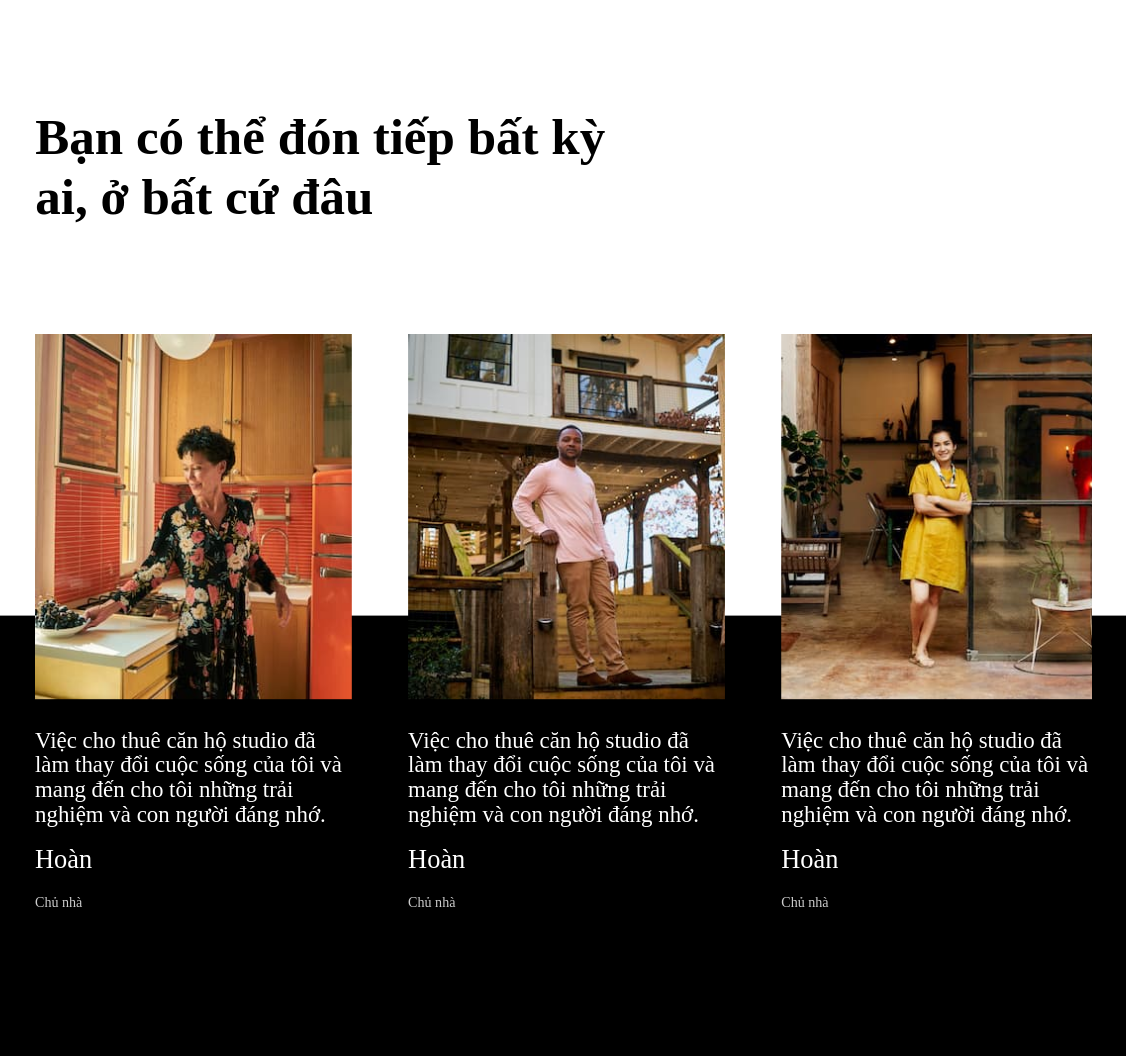
Repository: HoanTiny/AirbnbClone
Page: page3.html
These files come from the project's save history. The page is drawn as it stood at one moment and after the next save; the edit follows.
The browser window is 1280 px wide. The pictures show the part of the page from y = 720 to 1920 px (the page is 1920 px tall), at 88% of full size.

Above is the page before, as saved 2021-09-13 12:01:28.

### page3.html
<!DOCTYPE html>
<html lang="en">
    <head>
        <meta charset="UTF-8" />
        <meta http-equiv="X-UA-Compatible" content="IE=edge" />
        <meta name="viewport" content="width=device-width, initial-scale=1.0" />
        <link rel="stylesheet" href="./acess/css/mainpage3.css" />
        <link rel="stylesheet" href="./acess/css/gird.css" />
        <link rel="stylesheet" href="./acess/css/base.css" />
        <link rel="stylesheet" href="./acess/css/reponsive.css" />
        <link
            rel="stylesheet"
            href="./acess/font/fontawesome-free-5.15.3-web/css/all.min.css"
        />
        <title>Cho thuê nhà</title>
    </head>
    <body>
        <div class="app-p3">
            <div class="banner">
                <div class="banner__left">
                    <div class="banner__left-img">
                        <svg
                            width="30"
                            height="32"
                            fill="currentcolor"
                            color="#fff"
                            style="display: block"
                        >
                            <path
                                d="M29.24 22.68c-.16-.39-.31-.8-.47-1.15l-.74-1.67-.03-.03c-2.2-4.8-4.55-9.68-7.04-14.48l-.1-.2c-.25-.47-.5-.99-.76-1.47-.32-.57-.63-1.18-1.14-1.76a5.3 5.3 0 00-8.2 0c-.47.58-.82 1.19-1.14 1.76-.25.52-.5 1.03-.76 1.5l-.1.2c-2.45 4.8-4.84 9.68-7.04 14.48l-.06.06c-.22.52-.48 1.06-.73 1.64-.16.35-.32.73-.48 1.15a6.8 6.8 0 007.2 9.23 8.38 8.38 0 003.18-1.1c1.3-.73 2.55-1.79 3.95-3.32 1.4 1.53 2.68 2.59 3.95 3.33A8.38 8.38 0 0022.75 32a6.79 6.79 0 006.75-5.83 5.94 5.94 0 00-.26-3.5zm-14.36 1.66c-1.72-2.2-2.84-4.22-3.22-5.95a5.2 5.2 0 01-.1-1.96c.07-.51.26-.96.52-1.34.6-.87 1.65-1.41 2.8-1.41a3.3 3.3 0 012.8 1.4c.26.4.45.84.51 1.35.1.58.06 1.25-.1 1.96-.38 1.7-1.5 3.74-3.21 5.95zm12.74 1.48a4.76 4.76 0 01-2.9 3.75c-.76.32-1.6.41-2.42.32-.8-.1-1.6-.36-2.42-.84a15.64 15.64 0 01-3.63-3.1c2.1-2.6 3.37-4.97 3.85-7.08.23-1 .26-1.9.16-2.73a5.53 5.53 0 00-.86-2.2 5.36 5.36 0 00-4.49-2.28c-1.85 0-3.5.86-4.5 2.27a5.18 5.18 0 00-.85 2.21c-.13.84-.1 1.77.16 2.73.48 2.11 1.78 4.51 3.85 7.1a14.33 14.33 0 01-3.63 3.12c-.83.48-1.62.73-2.42.83a4.76 4.76 0 01-5.32-4.07c-.1-.8-.03-1.6.29-2.5.1-.32.25-.64.41-1.02.22-.52.48-1.06.73-1.6l.04-.07c2.16-4.77 4.52-9.64 6.97-14.41l.1-.2c.25-.48.5-.99.76-1.47.26-.51.54-1 .9-1.4a3.32 3.32 0 015.09 0c.35.4.64.89.9 1.4.25.48.5 1 .76 1.47l.1.2c2.44 4.77 4.8 9.64 7 14.41l.03.03c.26.52.48 1.1.73 1.6.16.39.32.7.42 1.03.19.9.29 1.7.19 2.5z"
                            ></path>
                        </svg>
                    </div>
                    <div class="banner__left-conttent">
                        <h1 class="banner__left-heading">
                            Đón tiếp khách làm nên linh hồn của Airbnb
                        </h1>
                        <button class="banner__left-btn">
                            Thử đón tiếp khách
                        </button>
                    </div>
                    <i class="fas fa-chevron-down banner__left-icon"></i>
                </div>
                <div class="banner-right">
                    <video
                        id="video"
                        src="./acess/img/Cho thuê nhà trên Airbnb.webm"
                        class="banner__right-video"
                        autoplay
                        crossorigin="anonymous"
                        playsinline
                        preload="auto"
                        aria-label="Chelsea, Chủ nhà ở Philadelphia, mỉm cười khi mở cửa. Soraya, Chủ nhà ở Mumbai, mỉm cười khi mở cửa trước cùng một người khác ở bên cạnh. Mohamed, Chủ nhà ở Johannesburg, mỉm cười khi mở cửa. Maria, Chủ nhà ở Mexico City, gật đầu mỉm cười khi mang cây đi."
                    ></video>
                </div>
            </div>
            <div class="content">
                <div class="grid wide">
                    <div class="content__heading">
                        <div class="grid wide">
                            <h2 class="content__heading-top">
                                Bạn có thể đón tiếp bất kỳ ai, ở bất cứ đâu
                            </h2>
                        </div>
                        <div class="grid wide">
                            <div class="content__home">
                                <div class="home__img">
                                    <div class="home__img-home__product">
                                        <img src="./acess/img/home-p3.jpg" class="img content__home-img"></img>
                                    </div>
                                    <div class="home__img-home__product-text">
                                        <p class="home__img-text">Việc cho thuê căn hộ studio đã làm thay đổi cuộc sống của tôi và mang đến cho tôi những trải nghiệm và con người đáng nhớ.</p>
                                        <p class="home__img-text-end">Hoàn</p>
                                        <p class="home__img-text-admin-home">Chủ nhà</p>
                                    </div>
                                </div>
                                <div class="home__img">
                                    <div class="home__img-home__product">
                                        <img src="./acess/img/home-p3-2.jpg" class="img content__home-img"></img>
                                    </div>
                                    <div class="home__img-home__product-text">
                                        <p class="home__img-text">Việc cho thuê căn hộ studio đã làm thay đổi cuộc sống của tôi và mang đến cho tôi những trải nghiệm và con người đáng nhớ.</p>
                                        <p class="home__img-text-end">Hoàn</p>
                                        <p class="home__img-text-admin-home">Chủ nhà</p>
                                    </div>
                                </div>
                                <div class="home__img">
                                    <div class="home__img-product-img">
                                        <img src="./acess/img/home-p3-3.jpg" class="img content__home-img"></img>
                                    </div>
                                    <div class="home__img-product-text">
                                        <p class="home__img-text">Việc cho thuê căn hộ studio đã làm thay đổi cuộc sống của tôi và mang đến cho tôi những trải nghiệm và con người đáng nhớ.</p>
                                        <p class="home__img-text-end">Hoàn</p>
                                        <p class="home__img-text-admin-home">Chủ nhà</p>
                                    </div>
                                </div>
                                <div class="home__img">
                                    <div class="home__img-home__product">
                                        <img src="./acess/img/home-p3-4.jpg" class="img content__home-img"></img>
                                    </div>
                                    <div class="home__img-home__product-text">
                                        <p class="home__img-text">Việc cho thuê căn hộ studio đã làm thay đổi cuộc sống của tôi và mang đến cho tôi những trải nghiệm và con người đáng nhớ.</p>
                                        <p class="home__img-text-end">Hoàn</p>
                                        <p class="home__img-text-admin-home">Chủ nhà</p>
                                    </div>
                                </div>
                            </div>
                        </div>
                    </div>
                </div>
                <div class="content__search"></div>
            </div>
        </div>
        <script>
            var videoPlayer = document.getElementById("video");
            // Auto play, half volume.
            videoPlayer.play();
            videoPlayer.volume = 0.5;

            // Play / pause.
            videoPlayer.addEventListener("click", function () {
                if (videoPlayer.paused == false) {
                    videoPlayer.pause();
                    videoPlayer.firstChild.nodeValue = "Play";
                } else {
                    videoPlayer.play();
                    videoPlayer.firstChild.nodeValue = "Pause";
                }
            });
        </script>
    </body>
</html>

### acess/css/mainpage3.css
body {
    margin: 0;
}

.banner {
    height: 100vh;
    display: flex;
    justify-content: center;
}
.banner__left {
    width: 50%;
    background-color: #000;
    position: relative;
}
.banner__left-img {
    padding: 24px;
}
.banner__left-conttent {
    display: flex;
    flex-direction: column;
    align-items: center;
    justify-content: center;
    position: absolute;
    top: 50%;
    left: 50%;
    transform: translate(-50%, -50%);
    width: fit-content;
}
.banner__left-heading {
    color: #fff;
    text-align: center;
    font-size: 6.8rem;
    line-height: 7rem;
    padding: 12px 24px;
    font-weight: 500;
}
.banner__left-btn {
    padding: 18px 32px;
    font-size: 1.8rem;
    border-radius: 12px;
    background-image: linear-gradient(
        to right,
        rgb(229, 29, 80),
        rgb(220, 14, 100)
    );
    color: var(--white-color);
    border: none;
    cursor: pointer;
}

.banner__left-icon {
    color: var(--white-color);
    position: absolute;
    bottom: 32px;
    font-size: 1.5rem;
    left: 50%;
    padding: 12px;
    margin-left: -12px;
    border-radius: 50%;
    cursor: pointer;
}

.banner__left-icon:hover {
    background-color: #999;
}

.banner-right {
    width: 50%;
}

.banner__right-video {
    object-fit: cover;
    object-position: center top;
    width: 100%;
    height: 100%;
}

.content__heading {
    position: relative;
    height: 700px;
    padding-top: 120px;
}

.content__heading-top {
    margin-top: 48px;
    font-size: 5.8rem;
    line-height: 6.8rem;
    text-align: left;
    width: 60%;
    margin: 0;
}

.content__home {
    position: absolute;
    bottom: -50%;
    max-width: 100%;
    overflow-x: auto;
    flex-wrap: nowrap;
    display: flex;
    /* transform: translate(50%); */
}

.content__home::-webkit-scrollbar {
    display: none;
}

.home__img {
    flex-shrink: 0;
    width: 30%;
    margin-right: 64px;
}

.home__img-product-text {
    margin-top: 24px;
}

.home__img-text {
    color: var(--white-color);
    font-size: 2.6rem;
    line-height: 2.8rem;
}

.home__img-text-end {
    color: var(--white-color);
    font-size: 3rem;
    font-family: cursive;
}

.home__img-text-admin-home {
    color: #ccc;
    font-size: 1.6rem;
}

.content__home-img {
    width: 100%;
    height: 100%;
    object-fit: cover;
}

.content__search {
    background-color: #000;
    height: 500px;
}

### acess/css/gird.css
.grid {
    width: 100%;
    display: block;
    padding: 0;
}

.grid.wide {
    max-width: 1200px;
    margin: 0 auto;
}

.row {
    display: flex;
    flex-wrap: wrap;
    margin-left: -8px;
    margin-right: -8px;
}

.row.no-gutters {
    margin-left: 0;
    margin-right: 0;
}

.col {
    padding-left: 12px;
    padding-right: 12px;
}

.row.no-gutters .col {
    padding-left: 0;
    padding-right: 0;
}

.c-0 {
    display: none;
}

.c-1 {
    flex: 0 0 8.33333%;
    max-width: 8.33333%;
}

.c-2 {
    flex: 0 0 16.66667%;
    max-width: 16.66667%;
}

.c-3 {
    flex: 0 0 25%;
    max-width: 25%;
}

.c-4 {
    flex: 0 0 33.33333%;
    max-width: 33.33333%;
}

.c-5 {
    flex: 0 0 41.66667%;
    max-width: 41.66667%;
}

.c-6 {
    flex: 0 0 50%;
    max-width: 50%;
}

.c-7 {
    flex: 0 0 58.33333%;
    max-width: 58.33333%;
}

.c-8 {
    flex: 0 0 66.66667%;
    max-width: 66.66667%;
}

.c-9 {
    flex: 0 0 75%;
    max-width: 75%;
}

.c-10 {
    flex: 0 0 83.33333%;
    max-width: 83.33333%;
}

.c-11 {
    flex: 0 0 91.66667%;
    max-width: 91.66667%;
}

.c-12 {
    flex: 0 0 100%;
    max-width: 100%;
}

.c-o-1 {
    margin-left: 8.33333%;
}

.c-o-2 {
    margin-left: 16.66667%;
}

.c-o-3 {
    margin-left: 25%;
}

.c-o-4 {
    margin-left: 33.33333%;
}

.c-o-5 {
    margin-left: 41.66667%;
}

.c-o-6 {
    margin-left: 50%;
}

.c-o-7 {
    margin-left: 58.33333%;
}

.c-o-8 {
    margin-left: 66.66667%;
}

.c-o-9 {
    margin-left: 75%;
}

.c-o-10 {
    margin-left: 83.33333%;
}

.c-o-11 {
    margin-left: 91.66667%;
}

/* >= Tablet */
@media (min-width: 740px) {
    .row {
        margin-left: -4px;
        margin-right: -4px;
    }

    .col {
        padding-left: 4px;
        padding-right: 4px;
    }

    .m-0 {
        display: none;
    }

    .m-1,
    .m-2,
    .m-3,
    .m-4,
    .m-5,
    .m-6,
    .m-7,
    .m-8,
    .m-9,
    .m-10,
    .m-11,
    .m-12 {
        display: block;
    }

    .m-1 {
        flex: 0 0 8.33333%;
        max-width: 8.33333%;
    }

    .m-2 {
        flex: 0 0 16.66667%;
        max-width: 16.66667%;
    }

    .m-3 {
        flex: 0 0 25%;
        max-width: 25%;
    }

    .m-4 {
        flex: 0 0 33.33333%;
        max-width: 33.33333%;
    }

    .m-5 {
        flex: 0 0 41.66667%;
        max-width: 41.66667%;
    }

    .m-6 {
        flex: 0 0 50%;
        max-width: 50%;
    }

    .m-7 {
        flex: 0 0 58.33333%;
        max-width: 58.33333%;
    }

    .m-8 {
        flex: 0 0 66.66667%;
        max-width: 66.66667%;
    }

    .m-9 {
        flex: 0 0 75%;
        max-width: 75%;
    }

    .m-10 {
        flex: 0 0 83.33333%;
        max-width: 83.33333%;
    }

    .m-11 {
        flex: 0 0 91.66667%;
        max-width: 91.66667%;
    }

    .m-12 {
        flex: 0 0 100%;
        max-width: 100%;
    }

    .m-o-1 {
        margin-left: 8.33333%;
    }

    .m-o-2 {
        margin-left: 16.66667%;
    }

    .m-o-3 {
        margin-left: 25%;
    }

    .m-o-4 {
        margin-left: 33.33333%;
    }

    .m-o-5 {
        margin-left: 41.66667%;
    }

    .m-o-6 {
        margin-left: 50%;
    }

    .m-o-7 {
        margin-left: 58.33333%;
    }

    .m-o-8 {
        margin-left: 66.66667%;
    }

    .m-o-9 {
        margin-left: 75%;
    }

    .m-o-10 {
        margin-left: 83.33333%;
    }

    .m-o-11 {
        margin-left: 91.66667%;
    }
}

/* PC medium resolution > */
@media (min-width: 1113px) {
    .row {
        margin-left: -12px;
        margin-right: -12px;
    }

    .row.sm-gutter {
        margin-left: -5px;
        margin-right: -5px;
    }

    .col {
        padding-left: 12px;
        padding-right: 12px;
    }

    .row.sm-gutter .col {
        padding-left: 5px;
        padding-right: 5px;
    }

    .l-0 {
        display: none;
    }

    .l-1,
    .l-2,
    .l-2-4,
    .l-3,
    .l-4,
    .l-5,
    .l-6,
    .l-7,
    .l-8,
    .l-9,
    .l-10,
    .l-11,
    .l-12 {
        display: block;
    }

    .l-1 {
        flex: 0 0 8.33333%;
        max-width: 8.33333%;
    }

    .l-2 {
        flex: 0 0 16.66667%;
        max-width: 16.66667%;
    }

    .l-2-4 {
        flex: 0 0 20%;
        max-width: 20%;
    }

    .l-3 {
        flex: 0 0 25%;
        max-width: 25%;
    }

    .l-4 {
        flex: 0 0 33.33333%;
        max-width: 33.33333%;
    }

    .l-5 {
        flex: 0 0 41.66667%;
        max-width: 41.66667%;
    }

    .l-6 {
        flex: 0 0 50%;
        max-width: 50%;
    }

    .l-7 {
        flex: 0 0 58.33333%;
        max-width: 58.33333%;
    }

    .l-8 {
        flex: 0 0 66.66667%;
        max-width: 66.66667%;
    }

    .l-9 {
        flex: 0 0 75%;
        max-width: 75%;
    }

    .l-10 {
        flex: 0 0 83.33333%;
        max-width: 83.33333%;
    }

    .l-11 {
        flex: 0 0 91.66667%;
        max-width: 91.66667%;
    }

    .l-12 {
        flex: 0 0 100%;
        max-width: 100%;
    }

    .l-o-1 {
        margin-left: 8.33333%;
    }

    .l-o-2 {
        margin-left: 16.66667%;
    }

    .l-o-3 {
        margin-left: 25%;
    }

    .l-o-4 {
        margin-left: 33.33333%;
    }

    .l-o-5 {
        margin-left: 41.66667%;
    }

    .l-o-6 {
        margin-left: 50%;
    }

    .l-o-7 {
        margin-left: 58.33333%;
    }

    .l-o-8 {
        margin-left: 66.66667%;
    }

    .l-o-9 {
        margin-left: 75%;
    }

    .l-o-10 {
        margin-left: 83.33333%;
    }

    .l-o-11 {
        margin-left: 91.66667%;
    }
}

/* Tablet - PC low resolution */
@media (min-width: 740px) and (max-width: 1023px) {
    .wide {
        width: 644px;
    }
}

/* > PC low resolution */
@media (min-width: 1024px) and (max-width: 1239px) {
    .wide {
        width: 984px;
    }

    .wide .row {
        margin-left: -12px;
        margin-right: -12px;
    }

    .wide .row.sm-gutter {
        margin-left: -5px;
        margin-right: -5px;
    }

    .wide .col {
        padding-left: 12px;
        padding-right: 12px;
    }

    .wide .row.sm-gutter .col {
        padding-left: 5px;
        padding-right: 5px;
    }

    .wide .l-0 {
        display: none;
    }

    .wide .l-1,
    .wide .l-2,
    .wide .l-2-4,
    .wide .l-3,
    .wide .l-4,
    .wide .l-5,
    .wide .l-6,
    .wide .l-7,
    .wide .l-8,
    .wide .l-9,
    .wide .l-10,
    .wide .l-11,
    .wide .l-12 {
        display: block;
    }

    .wide .l-1 {
        flex: 0 0 8.33333%;
        max-width: 8.33333%;
    }

    .wide .l-2 {
        flex: 0 0 16.66667%;
        max-width: 16.66667%;
    }

    .wide .l-2-4 {
        flex: 0 0 20%;
        max-width: 20%;
    }

    .wide .l-3 {
        flex: 0 0 25%;
        max-width: 25%;
    }

    .wide .l-4 {
        flex: 0 0 33.33333%;
        max-width: 33.33333%;
    }

    .wide .l-5 {
        flex: 0 0 41.66667%;
        max-width: 41.66667%;
    }

    .wide .l-6 {
        flex: 0 0 50%;
        max-width: 50%;
    }

    .wide .l-7 {
        flex: 0 0 58.33333%;
        max-width: 58.33333%;
    }

    .wide .l-8 {
        flex: 0 0 66.66667%;
        max-width: 66.66667%;
    }

    .wide .l-9 {
        flex: 0 0 75%;
        max-width: 75%;
    }

    .wide .l-10 {
        flex: 0 0 83.33333%;
        max-width: 83.33333%;
    }

    .wide .l-11 {
        flex: 0 0 91.66667%;
        max-width: 91.66667%;
    }

    .wide .l-12 {
        flex: 0 0 100%;
        max-width: 100%;
    }

    .wide .l-o-1 {
        margin-left: 8.33333%;
    }

    .wide .l-o-2 {
        margin-left: 16.66667%;
    }

    .wide .l-o-3 {
        margin-left: 25%;
    }

    .wide .l-o-4 {
        margin-left: 33.33333%;
    }

    .wide .l-o-5 {
        margin-left: 41.66667%;
    }

    .wide .l-o-6 {
        margin-left: 50%;
    }

    .wide .l-o-7 {
        margin-left: 58.33333%;
    }

    .wide .l-o-8 {
        margin-left: 66.66667%;
    }

    .wide .l-o-9 {
        margin-left: 75%;
    }

    .wide .l-o-10 {
        margin-left: 83.33333%;
    }

    .wide .l-o-11 {
        margin-left: 91.66667%;
    }
}

### acess/css/base.css
:root {
    --white-color:#fff;
    --black-color: #000;
    --text-color: #333;
}

* {
    box-sizing: inherit;
}

html {
    /* font-family: Circular, -apple-system, BlinkMacSystemFont, Roboto, "Helvetica Neue", sans-serif; */
    font-family: 'Font Awesome 5 Free';
    box-sizing: border-box;
    font-size: 62.5%;
    line-height: 1.8rem;
}

### acess/css/reponsive.css
@media (min-width: 723px) and (max-width: 1023px) {
    .hold-on-mobile-tablet {
        display: none;
    }
    .background {
        background-position: unset;
    }

    .header__nav-list-tablet {
        display: flex;
    }

    .search {
        margin: 0;
    }

    .search__item:first-of-type {
        padding-left: 32px;
    }

    .search__item {
        margin: 0;
        padding: 12px;
    }

    .home__product-tablet {
        height: 140px;
        overflow: hidden;
        display: -webkit-box;
        -webkit-line-clamp: 2;
    }

    .home__category-tablet {
        display: flex;
        max-width: 100%;
        overflow-x: auto;
        flex-wrap: nowrap;
    }

    .home__category-tablet::-webkit-scrollbar {
        display: none;
    }

    .home__category-item-tablet {
        width: 33.3333%;
        flex-shrink: 0;
    }

    .footer-end {
        flex-direction: column-reverse;
    }

    .footer__end-social-list{
        display: flex;
        justify-content: center;
    }

    .footer__end-copyright-list{
        flex-wrap: wrap;
        justify-content: center;
    }

    .footer__end-copyright__item:first-of-type {
        width: 100%;
        text-align: center;
        margin-bottom: 4px;
    }

    .header__nav-scrollba-btn {
        margin-left: auto;
    }

}

@media (max-width: 723px)
{
    .hold-on-mobile {
        display: none;
    }

    .search {
        display: none;
    }
    .header__nav {
        display: none;
    }

    .header__mobile{
        display: flex;
    }

    .footer {
        text-align: center;
    }

    .home__category-tablet {
        display: flex;
        max-width: 100%;
        overflow-x: auto;
        flex-wrap: nowrap;
    }

    .home__category-tablet::-webkit-scrollbar {
        display: none;
    }

    .home__category-item-tablet {
        width: 33.3333%;
        flex-shrink: 0;
    }

    #header__nav-scrollbar {
        display: none;
    }

    .header__mobile {
        position: fixed;
        top: 0px;
        left: 0;
        right: 0;
        z-index: 12;
        align-items: center;
    }

    .header__mobile-btn {
        border: none;
        background-color: rgb(247, 247, 247);
        box-shadow: none;
        top: 20;
    }

    .web__content-heading {
        font-size: 2.2rem;
        line-height: 2.6rem;
    }

    .home__category-next {
        display: none;
    }

    .home__category-return--active {
        display: none;
    }

    .home__experience-mobile {
        display: flex;
        max-width: 100%;
        overflow-x: auto;
        flex-wrap: nowrap;
    }

    .home__experience-mobile::-webkit-scrollbar {
        display: none;
    }

    .home__experience-mobile-item {
        width: 75%;
        flex-shrink: 0;
    }

    path {
        display: none;
    }
    .search-where {
        display: block;
        position: revert;
    }

    .search-where-icon {
        display: none;
    }

    /* Page 2 */

    .home-place__item-img {
        height: 345px;
    }

    .menu-list__item {
        border: none;
    }

    .header-page2 {
        border-bottom: none;
    }

    .header__mobile-page2 {
        display: block;
    }

    .home-place {
        margin-top: 115px;
    }

}

Loaded but not shown: acess/font/fontawesome-free-5.15.3-web/css/all.min.css (library)

After the next save:
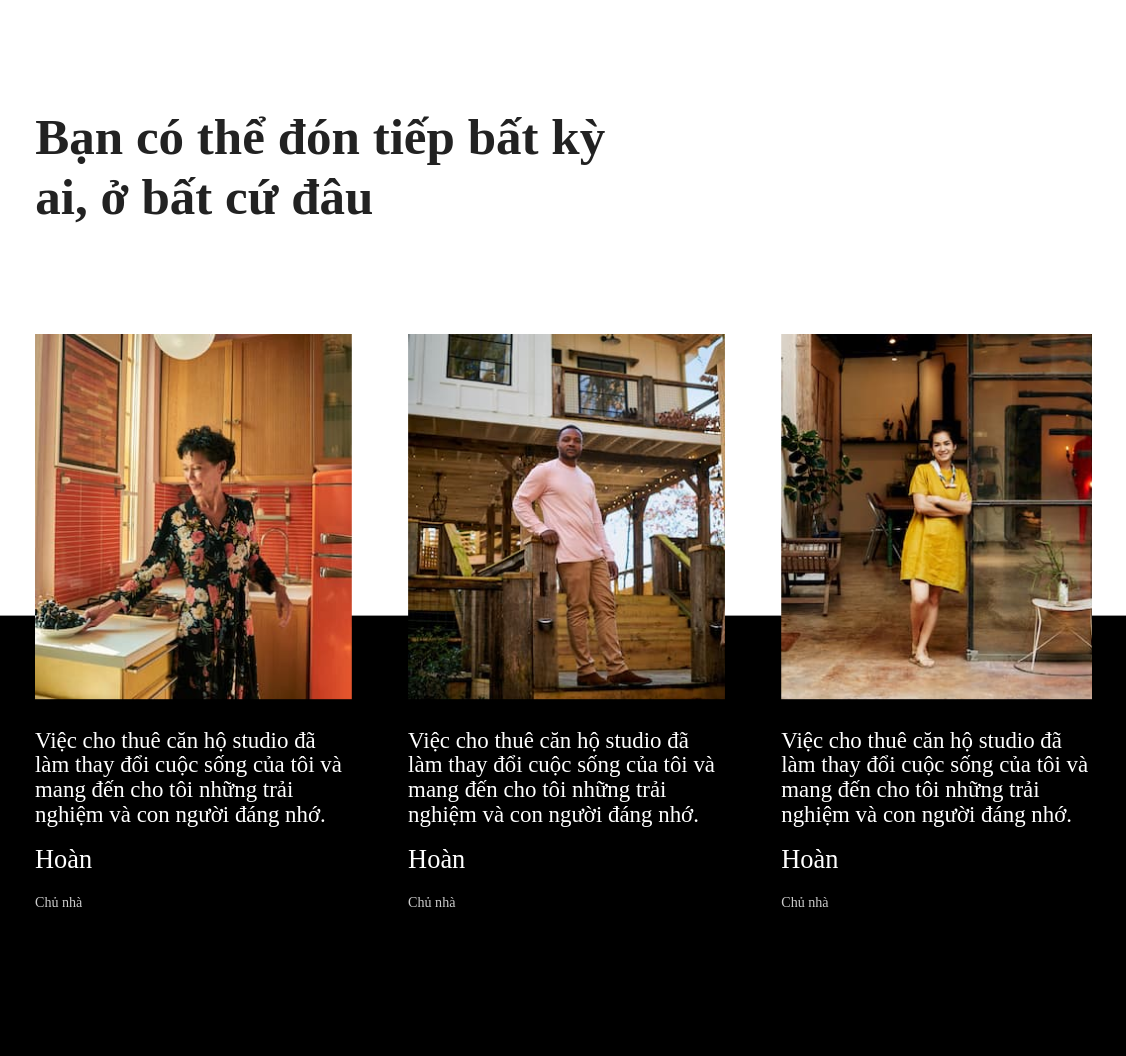
Saved 67 s later.
--- a/acess/css/mainpage3.css
+++ b/acess/css/mainpage3.css
@@ -88,6 +88,7 @@ body {
     text-align: left;
     width: 60%;
     margin: 0;
+    color: rgb(34, 34, 34);
 }
 
 .content__home {
